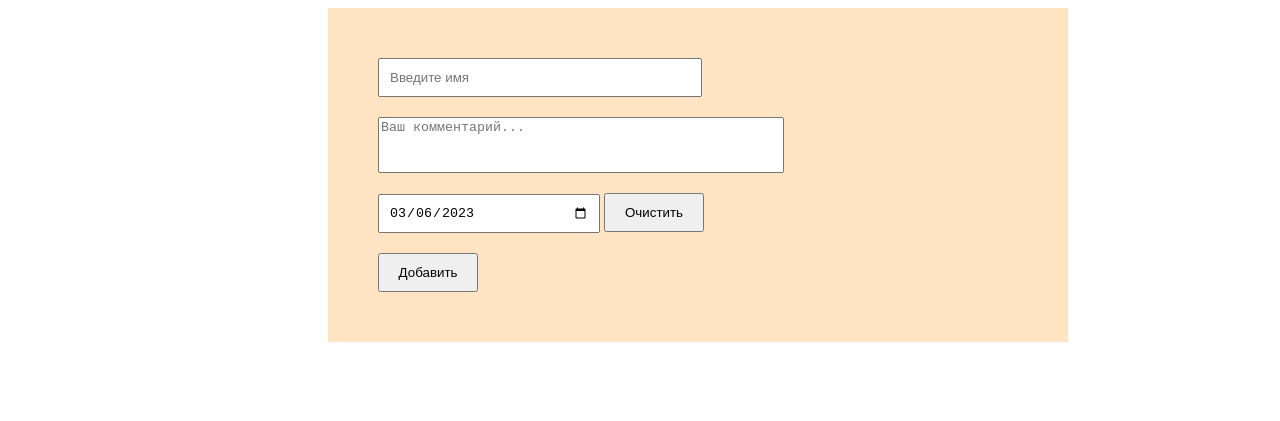
Repository: Grid-Master/commentList
Page: index.html
These files come from the project's save history. The page is drawn as it stood at one moment and after the next save; the edit follows.
The browser window is 1280 px wide. The pictures show the whole page.

Above is the page before, as saved 2023-03-12 20:28:15.

After the next save:
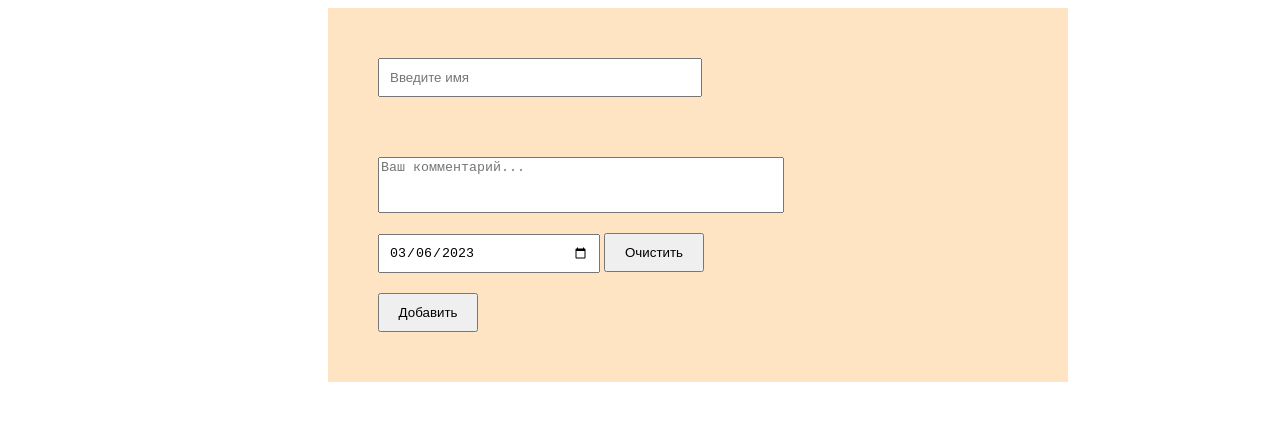
Saved 5 min 1 s later.
--- a/index.html
+++ b/index.html
@@ -42,6 +42,7 @@
   <body>
     <form onsubmit="addComment(); return false">
       <input id="name" type="text" placeholder="Введите имя" required />
+      <h2 id="nameReq"></h2>
       <textarea id="comment" placeholder="Ваш комментарий..." required></textarea>
       <div>
         <input type="date" id="date" />
